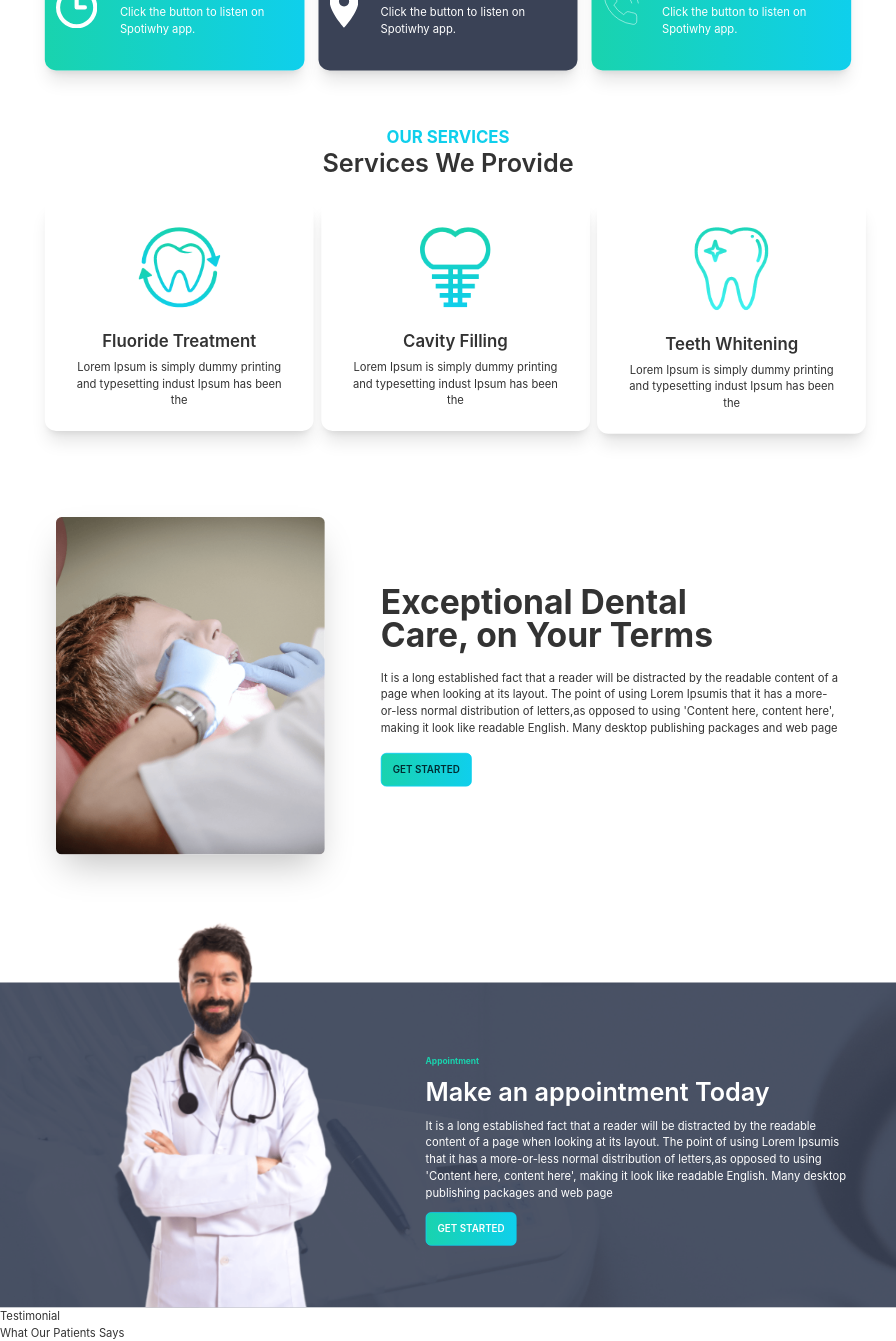
Repository: Tanvir3744/Doctors-client-website
Page: /
The author's editor kept a copy of each file at every save. The page is drawn from the files as they stood at one save, then again after the next save.
The browser window is 1280 px wide. The pictures show the part of the page from y = 751 to 2671 px (the page is 2667 px tall before and 2671 px after), at 70% of full size.
The project was rebuilt for these pictures with package versions that can differ from the ones it lists, and the page was loaded fresh each time. Also part of the build but not shown: src/Pages/About/About.js, src/Pages/Login/Login.js, src/Pages/NotFound/NotFound.js.

Above is the page before, as saved 2022-05-25 22:32:52.

After the next save:
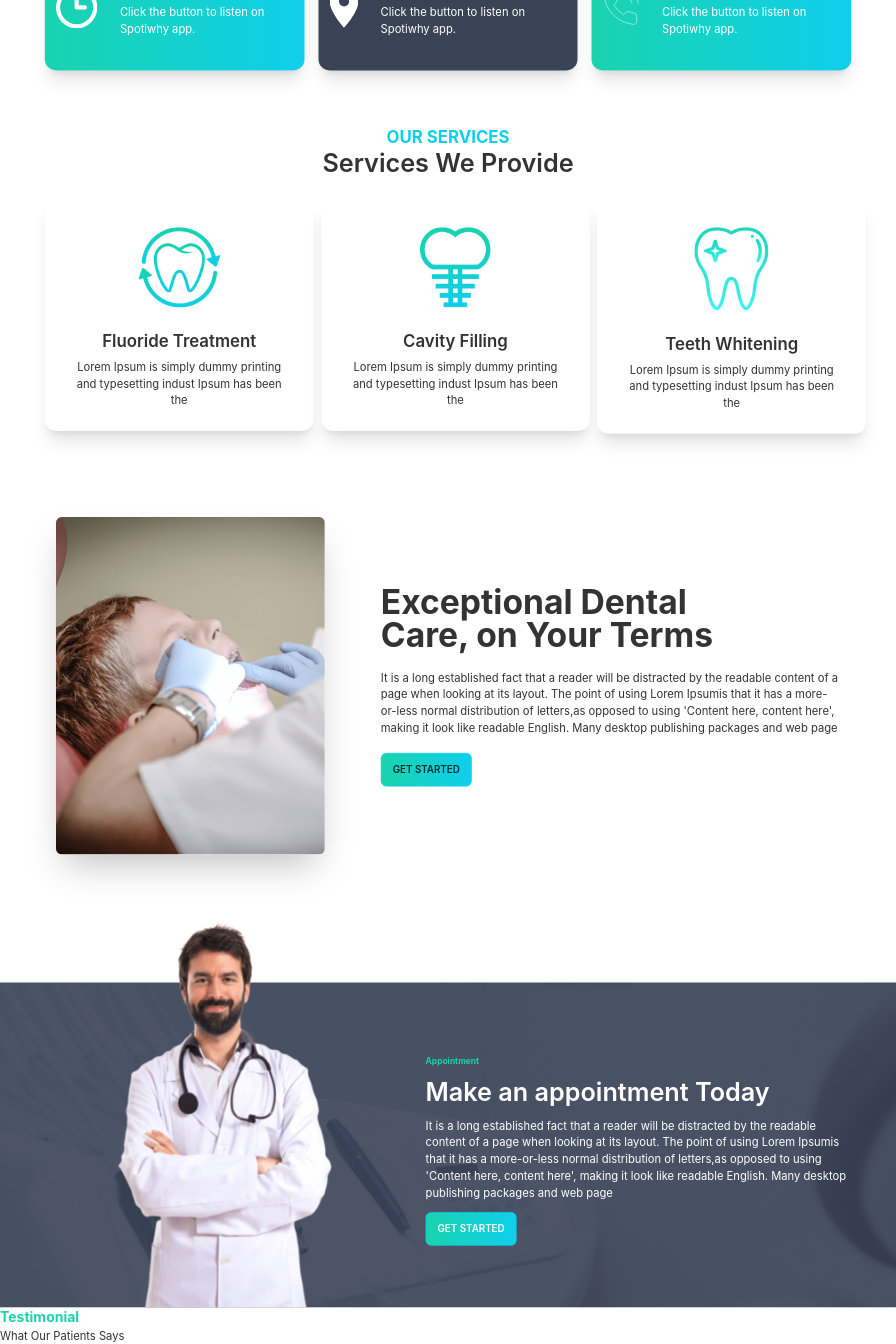
Saved 42 s later.
--- a/src/Pages/Home/Testimonials.js
+++ b/src/Pages/Home/Testimonials.js
@@ -4,7 +4,7 @@ const Testimonials = () => {
     return (
         <div>
             <div>
-                <h3>Testimonial</h3>
+                <h3 className='text-xl text-secondary font-bold'>Testimonial</h3>
                 <h2>What Our Patients Says</h2>
            </div>
         </div>
